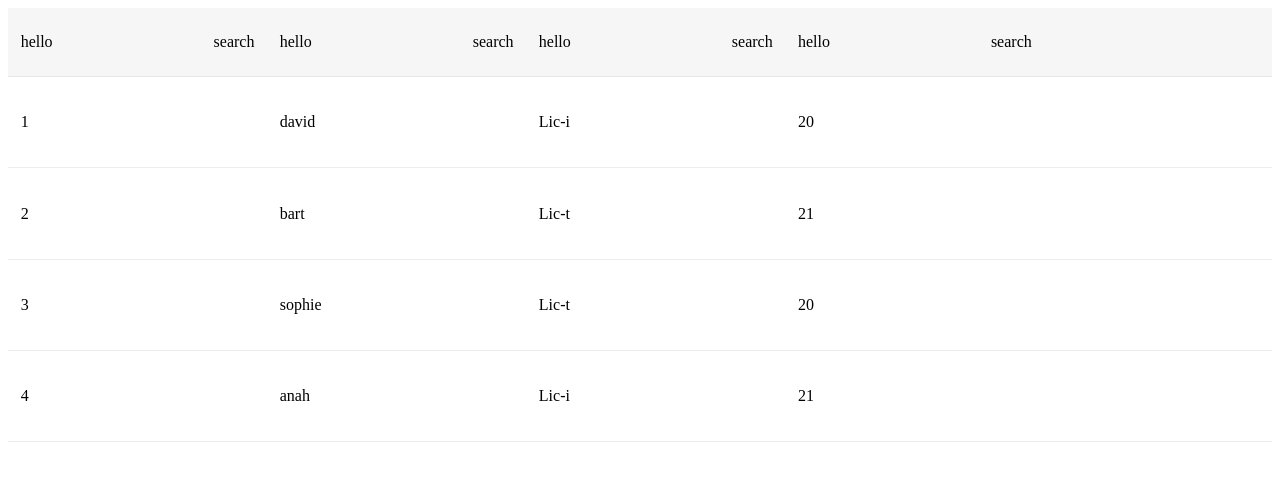
Repository: mrDav90/simple-htmlTable-generator
Page: index.html
The author's editor kept a copy of each file at every save. The page is drawn from the files as they stood at one save, then again after the next save.
The browser window is 1280 px wide. The pictures show the whole page.

Above is the page before, as saved 2022-08-09 17:55:46.

### index.html
<!DOCTYPE html>
<html lang="en">
<head>
    <meta charset="UTF-8">
    <meta http-equiv="X-UA-Compatible" content="IE=edge">
    <meta name="viewport" content="width=device-width, initial-scale=1.0">
    <title>Document</title>
    <script  type="text/javascript"  src="./table.js" ></script>


    <script>
        document.addEventListener("DOMContentLoaded" , ()=> {

            function ninjavidTable (object) {
                // table generator
                console.log("------------------------");
                console.log("Simple table generator");
                console.log("------------------------");
                // this , to return the maximum length of object for defining column count
                function getColumnCount() {
                    let initValue = (Object.keys(data[0])).length ;
                    for (let i = 1; i < data.length; i++) {
                        if ((Object.keys(data[i])).length > initValue ) {
                            initValue = (Object.keys(data[i])).length ;
                        }
                    }
                    return initValue;
                }
                let tableOptions = object.tableOptions;
                let data = object.data ;
                console.log(data);
                // +1 for the column of tableOptions
                let columnCount =  tableOptions === true  ? ((getColumnCount())+1) :  getColumnCount() ;
                let rowCount = data.length;

                let table = document.createElement("table");
                let tr = null;

                // creation of table header

                tr = document.createElement("tr");
                tr.classList = "tr-header"
                for (let i = 0; i < columnCount; i++) {
                    th = document.createElement("th");
                    div = document.createElement("div");
                    div.style.width = "100%"
                    div.style.display = "flex"
                    div.style.justifyContent = "space-between"

                    if (tableOptions) {
                        if (i!== (columnCount-1)) {
                            div1 = document.createElement("div");
                            div1.textContent = "hello"
                            div2 = document.createElement("div");
                            div2.textContent = "search"
                        }
                        else{
                            div.style.width = "4rem";
                            div1 = document.createElement("div");
                            div1.textContent = ""
                            div2 = document.createElement("div");
                            div2.textContent = ""
                        }
                    }
                    else{
                        div1 = document.createElement("div");
                        div1.textContent = "hello"
                        div2 = document.createElement("div");
                        div2.textContent = "search"
                    }
                    div.appendChild(div1);
                    div.appendChild(div2);
                    th.appendChild(div)
                    tr.appendChild(th);
                }
                table.appendChild(tr);


                // creation of table body
                for (let i = 0; i < rowCount; i++) {
                    tr = document.createElement("tr");

                    for (const [key , value] of Object.entries(data[i]) ) {
                        //console.log(`${key}: ${value}`);
                        td = document.createElement("td");
                        td.textContent = value ? value : "not specified"
                        tr.appendChild(td);
                    }

                   /* if (tableOptions) {
                        for (let j = 0; j < columnCount; j++) {

                            if (j === (columnCount-1) ) {
                                let optionContent = document.createElement("div");
                                    optionContent.classList = "optionContent";

                                    let editItem = document.createElement("div");
                                    editItem.classList = "edit"
                                    editItem.textContent = "update"

                                    let deleteItem = document.createElement("div");
                                    deleteItem.classList = "delete"
                                    deleteItem.textContent = "delete"

                                    optionContent.appendChild(editItem);
                                    optionContent.appendChild(deleteItem);
                                    td.appendChild(optionContent);
                            }

                        }

                    } */



                    /*

                        if (tableOptions === true) {
                            if (i === (rowCount-1)) {
                                    let optionContent = document.createElement("div");
                                    optionContent.classList = "optionContent";

                                    let editItem = document.createElement("div");
                                    editItem.classList = "edit"
                                    editItem.textContent = "update"

                                    let deleteItem = document.createElement("div");
                                    deleteItem.classList = "delete"
                                    deleteItem.textContent = "delete"

                                    optionContent.appendChild(editItem);
                                    optionContent.appendChild(deleteItem);
                                    td.appendChild(optionContent);
                            }
                        }
                    */

                    table.appendChild(tr);
                }

                document.querySelector(".tableContainer").appendChild(table);

            }


            const theData = [
                {
                    id : 1 ,
                    name : "david" ,
                    class : "Lic-i" ,
                    age : 20
                } ,
                {
                    id : 2 ,
                    name : "bart" ,
                    class : "Lic-t" ,
                    age : 21
                } ,
                {
                    id : 3 ,
                    name : "sophie" ,
                    class : "Lic-t" ,
                    age : 20
                } ,
                {
                    id : 4,
                    name : "anah" ,
                    class : "Lic-i" ,
                    age : 21
                } ,
            ]

            ninjavidTable({
                data : theData ,
                tableOptions : true
            });


        })

    </script>

<style>
    *{
        font-family: serif;
    }
    table,tr,th,td{
        border-collapse: collapse;
    }
    table{
        width: 100%;
    }
    tr{
        border-bottom: 1px solid  rgba(220, 220, 220, 0.5);
    }
    th{
        height: 6vh ;
        width: auto;
        font-weight: normal;
        padding: 1%;
        background: #f6f6f7;
    }
    td{
        height: 9vh;
        padding: 1%;
    }
    tr:not(.tr-header):hover {
        background-color: rgba(220, 220, 220, 0.5);
        transition: all 0.2s;
    }

    .optionContent{
        width: 100%;
        display: flex;
        justify-content: space-around;
        align-items: center;
    }

    .edit{
        color: #0097e6;
        cursor: pointer;
    }

    .delete{
        color: #e84118;
        cursor: pointer;
    }

</style>
</head>
<body>
    <div class="tableContainer" >

    </div>
</body>
</html>

### table.js

// table generator
console.log("------------------------");
console.log("Simple table generator");
console.log("------------------------");

After the next save:
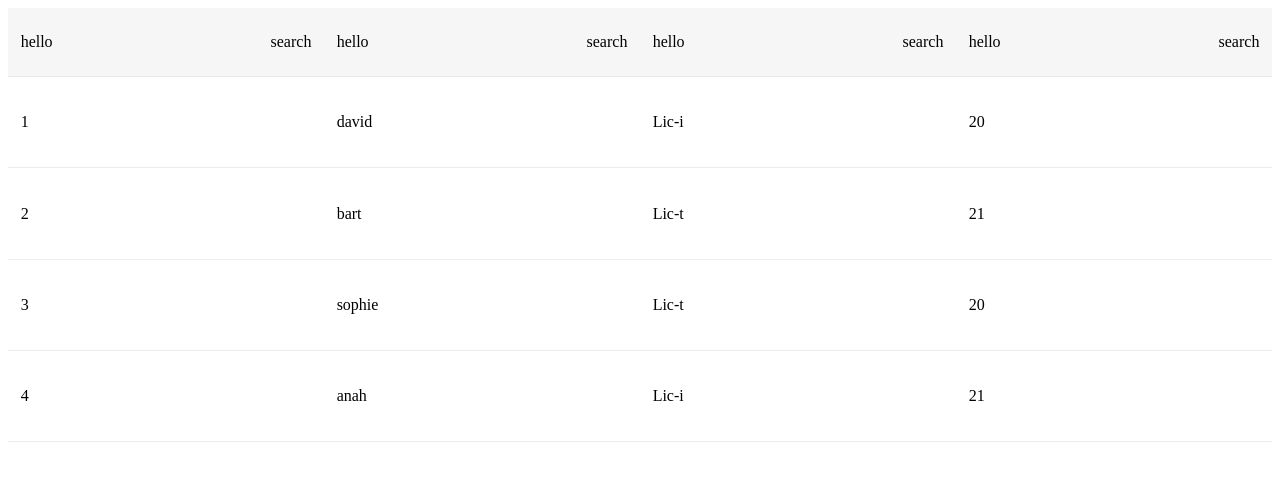
Saved 64 s later.
--- a/index.html
+++ b/index.html
@@ -172,7 +172,6 @@
 
             ninjavidTable({
                 data : theData ,
-                tableOptions : true
             });
 
 
